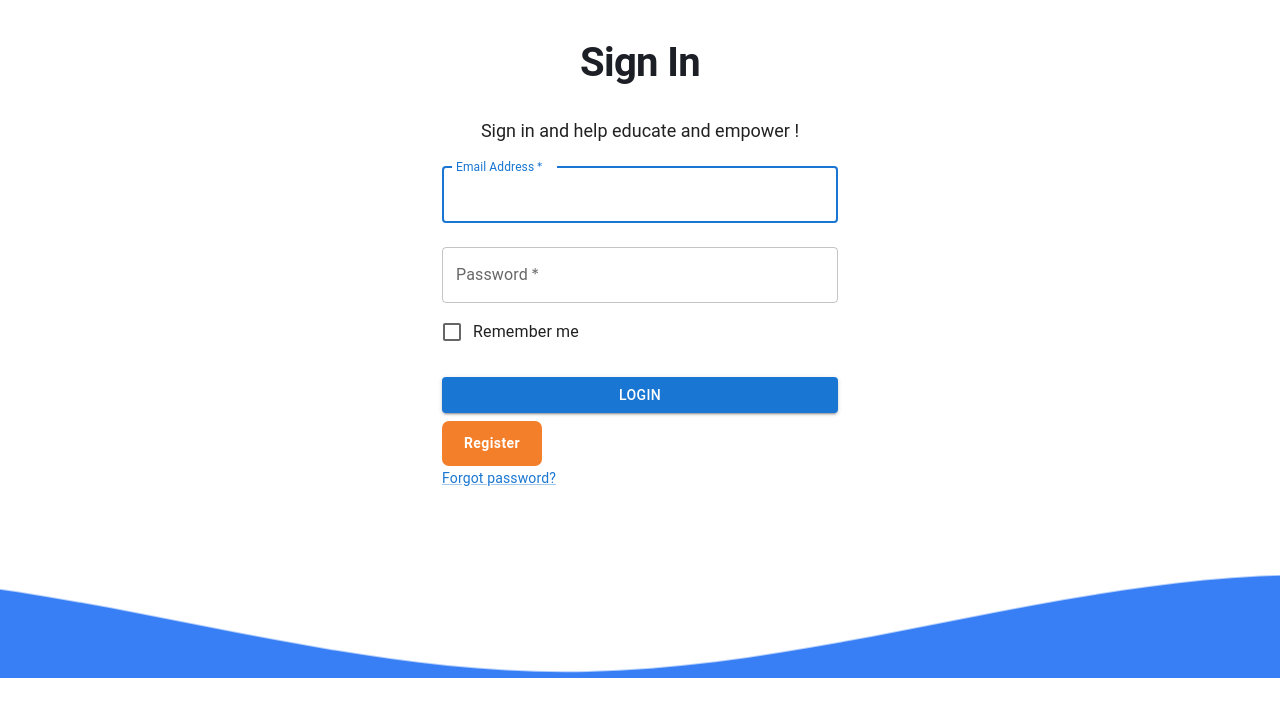
Repository: shubhampirate/Google_Solutions_Edural
Page: /dashboard
These files come from the project's save history. The page is drawn as it stood at one moment and after the next save; the edit follows.
The browser window is 1280 px wide. The pictures show the whole page.
The project was rebuilt for these pictures with package versions that can differ from the ones it lists, and the page was loaded fresh each time. Some packages were replaced by stand-ins written for this rebuild. Also part of the build but not shown: src/Components/Navbar.jsx, src/Components/Footer.jsx, src/Components/CongratsCard.jsx, src/pages/Hero/Hero.jsx.

Above is the page before, as saved 2024-02-02 20:42:04.

### src/App.jsx
import Hero from "./pages/Hero/Hero";
import SignIn from "./pages/Sign_in";
import {useState} from "react";
function App() {
  return (
    <>
      {/* <Hero />   */}
      <SignIn />
         </>
  );
}

export default App;

### src/pages/Sign_in.jsx
import * as React from 'react';
import Avatar from '@mui/material/Avatar';
import Button from '@mui/material/Button';
import CssBaseline from '@mui/material/CssBaseline';
import TextField from '@mui/material/TextField';
import FormControlLabel from '@mui/material/FormControlLabel';
import Checkbox from '@mui/material/Checkbox';
import Link from '@mui/material/Link';
import Grid from '@mui/material/Grid';
import Box from '@mui/material/Box';
import LockOutlinedIcon from '@mui/icons-material/LockOutlined';
import Typography from '@mui/material/Typography';
import Container from '@mui/material/Container';
import { createTheme, ThemeProvider } from '@mui/material/styles';
import { styled } from "@mui/material";
import Swal from 'sweetalert2';
import CustomButton from "../Components/CustomButton";
// import { useNavigate } from 'react-router-dom';

const defaultTheme = createTheme();

export default function SignIn() {

//   const navigate = useNavigate();

  const handleSubmit = (event) => {
    event.preventDefault();
    const data = new FormData(event.currentTarget);

    const searchData = {
      email: data.get('email'),
      password: data.get('password'),
    }
    console.log({
      email: data.get('email'),
      password: data.get('password'),
    });

    // fetch(`https://wixstocle.pythonanywhere.com/api/login/`, {
    //   method: 'POST',
    //   headers: {
    //     'Content-Type': 'application/json',
    //   },
    //   body: JSON.stringify(searchData),
    // }).then((response) => response.json())
    //   .then((data) => {
    //     // console.log(data);
    //     if (data.status == true) {
    //       Swal.fire({
    //         icon: 'success',
    //         title: 'Successfully Logged In',
    //         showConfirmButton: false,
    //         timer: 3000
    //       })
    //       navigate('/dashboard')
    //     }
    //     else {
    //       Swal.fire({
    //         icon: 'error',
    //         title: data.message,
    //         showConfirmButton: false,
    //         timer: 3000
    //       })
    //     }
    //   })
    //   .catch((error) => {
    //     // console.error(error);
    //   });

  };
  const Title = styled(Typography)(({ theme }) => ({
    fontSize: "40px",
    color: "#000336",
    fontWeight: "bold",
    textAlign: "center",
    margin: theme.spacing(4, 0, 4, 0),
    [theme.breakpoints.down("sm")]: {
      fontSize: "40px",
    },
  }));


  return (
    <ThemeProvider theme={defaultTheme}>
      <Container component="main" maxWidth="xs">
        <CssBaseline />
        <Box
          sx={{
            marginTop: 1,
            display: 'flex',
            flexDirection: 'column',
            alignItems: 'center',
          }}
        >

          <Title variant="h1" sx={{ color: "#1C1F25" }}>
            Sign In
          </Title>
          <Typography component="h2" variant="h5" sx={{ fontSize: "18px" }}>
            Sign in and help educate and empower !
          </Typography>
          <Box component="form" onSubmit={handleSubmit} noValidate sx={{ mt: 1 }}>
            <TextField
              margin="normal"
              required
              fullWidth
              id="email"
              label="Email Address"
              name="email"
              autoComplete="email"
              autoFocus
            />
            <TextField
              margin="normal"
              required
              fullWidth
              name="password"
              label="Password"
              type="password"
              id="password"
              autoComplete="current-password"
            />
            <FormControlLabel
              control={<Checkbox value="remember" color="primary" />}
              label="Remember me"
            />
            <Button
              type="submit"
              fullWidth
              variant="contained"

              sx={{ mt: 3, mb: 1 }}
            >
              Login
            </Button>
            <CustomButton
            type="submit"
              backgroundColor="#F47F2A"
              color="#fff"
              buttonText="Register"
              heroBtn={true}
            />
            <Grid container>
              <Grid item xs>
                <Link href="#" variant="body2">
                  Forgot password?
                </Link>
              </Grid>

            </Grid>
          </Box>
        </Box>
      </Container>
      <div style={{ marginTop: "2.3rem", marginBottom: "-2rem" }}>
        <svg
          style={{
            position: 'relative',
            width: '100%',
            height: '21vh',
            //   marginBottom: '-7px',
            //   minHeight: '100px',
            //   maxHeight: '150px',
          }}
          xmlns="http://www.w3.org/2000/svg"
          xmlnsXlink="http://www.w3.org/1999/xlink"
          viewBox="0 24 150 28"
          preserveAspectRatio="none"
          shapeRendering="auto"
        >
          <defs>
            <path
              id="gentle-wave"
              d="M-160 44c30 0 58-18 88-18s 58 18 88 18 58-18 88-18 58 18 88 18 v44h-352z"
            />
          </defs>
          <g className="parallax">
            <use xlinkHref="#gentle-wave" x="48" y="0" fill="rgba(255,255,255,0.7)" />
            <use xlinkHref="#gentle-wave" x="48" y="3" fill="rgba(255,255,255,0.5)" />
            <use xlinkHref="#gentle-wave" x="48" y="5" fill="rgba(255,255,255,0.3)" />
            <use xlinkHref="#gentle-wave" x="48" y="7" fill="#387FF5" />
          </g>
        </svg>
        <style>
          {`
          .parallax > use {
            animation: move-forever 25s cubic-bezier(.55,.5,.45,.5) infinite;
          }
          .parallax > use:nth-child(1) {
            animation-delay: -2s;
            animation-duration: 7s;
          }
          .parallax > use:nth-child(2) {
            animation-delay: -3s;
            animation-duration: 10s;
          }
          .parallax > use:nth-child(3) {
            animation-delay: -4s;
            animation-duration: 13s;
          }
          .parallax > use:nth-child(4) {
            animation-delay: -5s;
            animation-duration: 20s;
          }
          @keyframes move-forever {
            0% {
              transform: translate3d(-90px,0,0);
            }
            100% {
              transform: translate3d(85px,0,0);
            }
          }
          @media (max-width: 768px) {
            .waves {
              height: 40px;
              min-height: 40px;
            }
          }
        `}
        </style>
      </div>

    </ThemeProvider>
  );
}

### src/Components/CustomButton.jsx
import { Button, styled } from "@mui/material";
import React from "react";

const CustomButton = ({
  backgroundColor,
  color,
  buttonText,
  heroBtn,
  guideBtn,
  getStartedBtn,
}) => {
  const CustomButton = styled(Button)(({ theme }) => ({
    backgroundColor: backgroundColor,
    color: color,
    fontWeight: "700",
    fontSize: "14px",
    cursor: "pointer",
    padding: "0.5rem 1.25rem",
    borderRadius: "7px",
    textTransform: "none",
    display: "block",
    border: "2px solid transparent",
    "&:hover": {
      backgroundColor: color,
      color: backgroundColor,
      borderColor: backgroundColor,
    },
    [theme.breakpoints.down("md")]: {
      margin: (heroBtn || getStartedBtn) && theme.spacing(0, "auto", 3, "auto"),
      width: (heroBtn || getStartedBtn) && "90%",
    },
    [theme.breakpoints.down("sm")]: {
      marginTop: guideBtn && theme.spacing(3),
      width: guideBtn && "90%",
    },
  }));

  return <CustomButton>{buttonText}</CustomButton>;
};

export default CustomButton;

Loaded but not shown: public/index.html (common file); src/index.js (common file); src/index.css (common file)

After the next save:
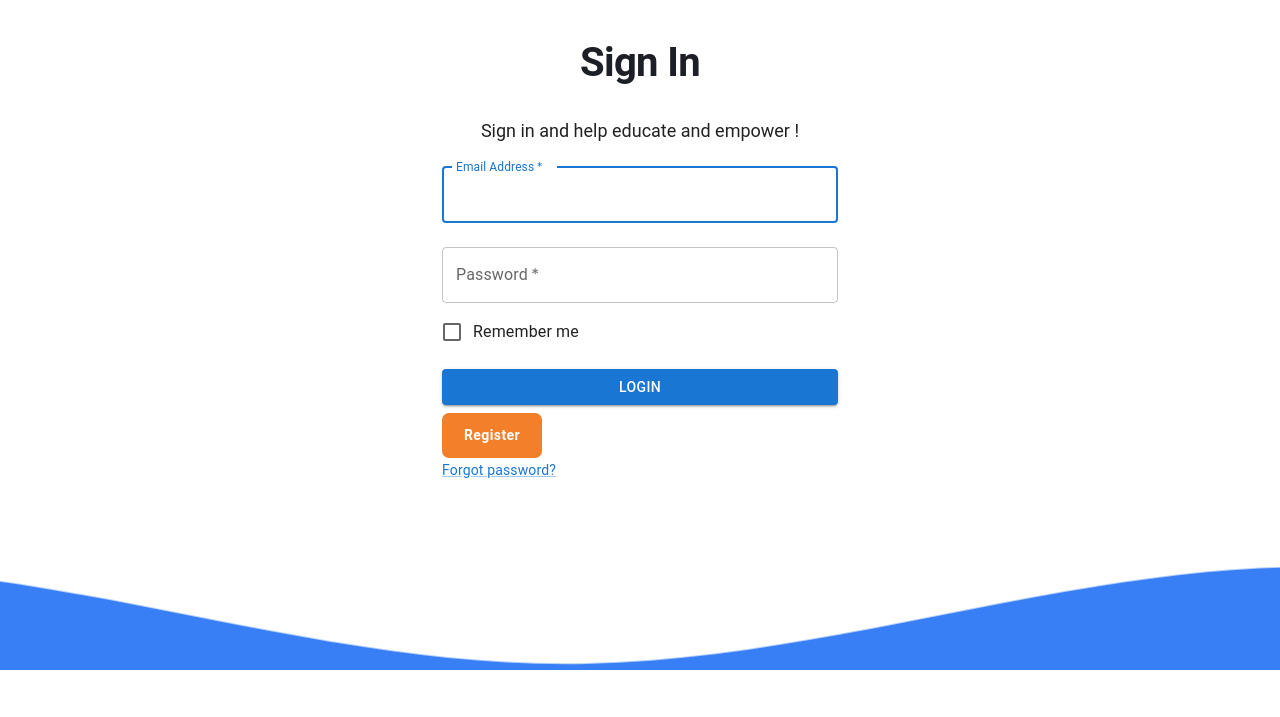
Saved 9 s later.
--- a/src/pages/Sign_in.jsx
+++ b/src/pages/Sign_in.jsx
@@ -129,7 +129,7 @@ export default function SignIn() {
               fullWidth
               variant="contained"
 
-              sx={{ mt: 3, mb: 1 }}
+              sx={{ mt: 2, mb: 1 }}
             >
               Login
             </Button>
